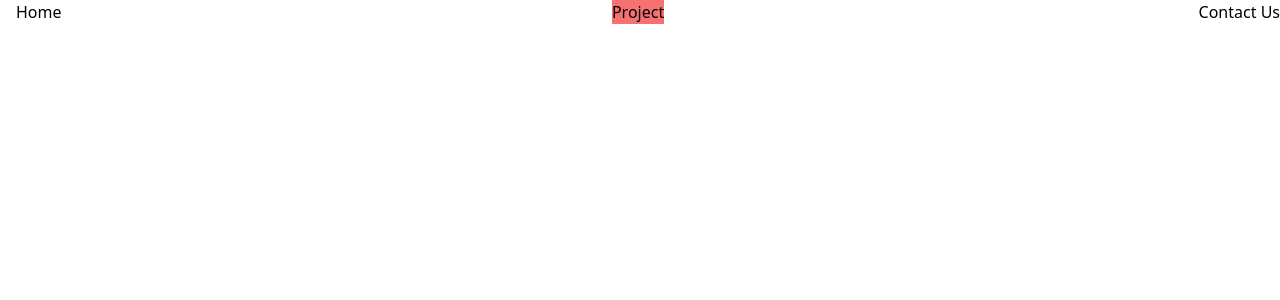
Repository: ashut6138/RozarpayClone
Page: Desktop/RozarpayClone/index.html
The author's editor kept a copy of each file at every save. The page is drawn from the files as they stood at one save, then again after a run of saves.
The browser window is 1280 px wide. The pictures show the whole page.
Some web libraries are served in a nearby version.

Above is the page before, as saved 2025-01-21 23:06:12.

### Desktop/RozarpayClone/index.html
<!DOCTYPE html>
<html lang="en">
<head>
    <meta charset="UTF-8">
    <meta name="viewport" content="width=device-width, initial-scale=1.0">
    <title>tailwind intro</title>
    <link rel="stylesheet" href="./main.css">
    <script src="https://cdn.tailwindcss.com"></script>
</head>
<body>
    <nav>
        <ul class="flex justify-between">
            <li class="mx-4" bg-red-400>Home</li>
            <li class="bg-red-400">Project</li>
            <li>Contact Us</li>
        </ul>
    </nav>

</body>
</html>

Loaded but not shown: Desktop/RozarpayClone/main.css (common file)

After the next 4 saves:
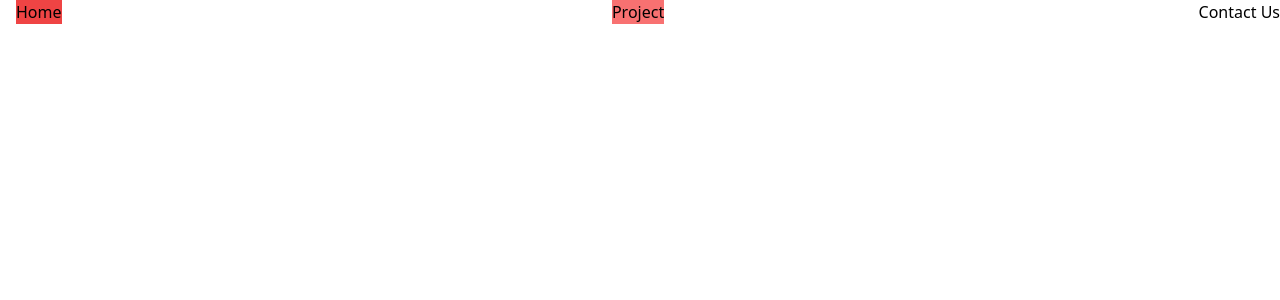
The 4 saves are shown as one change because they came seconds apart.
The last was saved 16 s later.
--- a/Desktop/RozarpayClone/index.html
+++ b/Desktop/RozarpayClone/index.html
@@ -10,7 +10,7 @@
 <body>
     <nav>
         <ul class="flex justify-between">
-            <li class="mx-4" bg-red-400>Home</li>
+            <li class="mx-4 bg-red-500">Home</li>
             <li class="bg-red-400">Project</li>
             <li>Contact Us</li>
         </ul>
